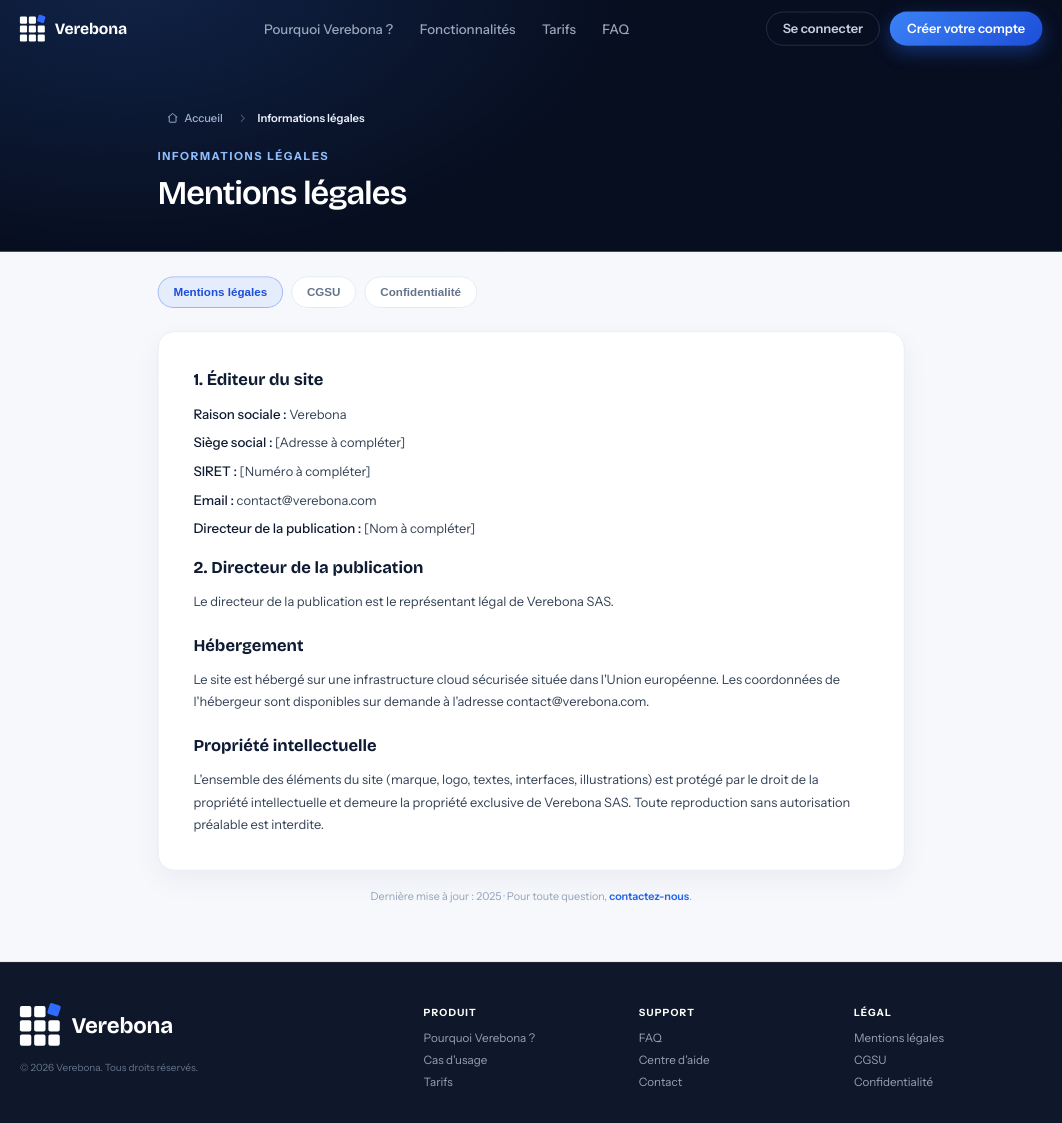
Repository: AdminVerebona/verebona-public
Page: /mentions-legales
These files come from the project's save history. The page is drawn as it stood at one moment and after the next save; the edit follows.
The browser window is 1280 px wide. The pictures show the whole page, at 83% of full size.
The project was rebuilt for these pictures with package versions that can differ from the ones it lists, and the page was loaded fresh each time. Also part of the build but not shown: next.config.mjs, vite.config.js, vite.config.ts, src/composables/useLanding.ts, src/sections/HeroSection.vue, src/sections/WhySection.vue, src/sections/UseCasesSection.vue, src/sections/FeaturesSection.vue and 6 more.

Above is the page before, as saved 2026-07-10 15:11:41.

### index.html
<!doctype html>
<html lang="fr">
  <head>
    <meta charset="UTF-8" />
    <meta name="viewport" content="width=device-width, initial-scale=1.0" />
    <title>Verebona — Centralisez, organisez, valorisez vos biens</title>
    <meta
      name="description"
      content="Verebona centralise vos biens, documents et échéances pour les retrouver facilement, anticiper les dates importantes et valoriser vos biens le moment venu."
    />
  </head>
  <body>
    <div id="app"></div>
    <script type="module" src="/src/main.ts"></script>
  </body>
</html>

### src/main.ts
import { createApp } from 'vue'
import App from './App.vue'
import router from './router'
import { vHover } from './directives/hover'
import './style.css'

createApp(App)
  .use(router)
  .directive('hover', vHover)
  .mount('#app')

### src/App.vue
<template>
  <div style="background:#070E20;color:#EAF0FB;overflow-x:hidden;min-height:100vh">
    <AppHeader />
    <router-view />
    <AppFooter />
  </div>
</template>

<script setup lang="ts">
import { onMounted, watch, nextTick } from 'vue'
import { useRoute } from 'vue-router'
import AppHeader from './components/AppHeader.vue'
import AppFooter from './components/AppFooter.vue'
import { useScrollReveal } from './composables/useScrollReveal'

const route = useRoute()
const { scan } = useScrollReveal()

onMounted(() => { scan() })

// Re-scan reveal targets whenever the route (page) changes.
watch(
  () => route.fullPath,
  () => { nextTick(() => setTimeout(scan, 60)) },
)
</script>

### src/router/index.ts
import { createRouter, createWebHistory } from 'vue-router'
import HomeView from '../views/HomeView.vue'

const routes = [
  { path: '/', name: 'home', component: HomeView },
  { path: '/aide', name: 'help', component: () => import('../views/HelpView.vue') },
  { path: '/contact', name: 'contact', component: () => import('../views/ContactView.vue') },
  { path: '/mentions-legales', name: 'legal-mentions', component: () => import('../views/LegalView.vue') },
  { path: '/cgu', name: 'legal-cgu', component: () => import('../views/LegalView.vue') },
  { path: '/confidentialite', name: 'legal-confid', component: () => import('../views/LegalView.vue') },
  { path: '/:pathMatch(.*)*', name: 'not-found', component: () => import('../views/NotFoundView.vue') },
]

const router = createRouter({
  history: createWebHistory(),
  routes,
  scrollBehavior(to) {
    if (to.hash) return { el: to.hash, behavior: 'smooth' }
    return { top: 0 }
  },
})

export default router

### src/directives/hover.ts
import type { Directive } from 'vue'

/**
 * v-hover — applies a set of inline styles while the pointer is over the
 * element, and restores the previous values on leave. Reproduces the
 * `style-hover` behaviour of the design prototype.
 *
 * Usage:  <a v-hover="{ color: '#fff', transform: 'translateY(-1px)' }">
 */
type HoverStyles = Record<string, string>

interface HoverEl extends HTMLElement {
  __hoverEnter?: () => void
  __hoverLeave?: () => void
}

export const vHover: Directive<HoverEl, HoverStyles> = {
  mounted(el, binding) {
    const styles = binding.value || {}
    const original: HoverStyles = {}

    const enter = () => {
      for (const key in styles) {
        original[key] = (el.style as any)[key]
        ;(el.style as any)[key] = styles[key]
      }
    }
    const leave = () => {
      for (const key in styles) {
        ;(el.style as any)[key] = original[key] || ''
      }
    }

    el.__hoverEnter = enter
    el.__hoverLeave = leave
    el.addEventListener('mouseenter', enter)
    el.addEventListener('mouseleave', leave)
  },
  unmounted(el) {
    if (el.__hoverEnter) el.removeEventListener('mouseenter', el.__hoverEnter)
    if (el.__hoverLeave) el.removeEventListener('mouseleave', el.__hoverLeave)
  },
}

### src/style.css
/* ============================================================
   Verebona — global styles
   Fonts, resets, scroll-reveal animation, responsive rules.
   All component-level styling is inline in the .vue templates
   (ported 1:1 from the validated design prototype).
   ============================================================ */

@import url('https://fonts.googleapis.com/css2?family=Bricolage+Grotesque:opsz,wght@12..96,400;12..96,500;12..96,600;12..96,700&family=Instrument+Sans:wght@400;500;600;700&family=Space+Mono:wght@400;700&display=swap');

* { box-sizing: border-box; }
html, body { margin: 0; padding: 0; }
body {
  font-family: 'Instrument Sans', system-ui, sans-serif;
  -webkit-font-smoothing: antialiased;
  background: #070E20;
}
h1, h2, h3, h4 { font-family: 'Bricolage Grotesque', sans-serif; margin: 0; }
p { margin: 0; }
a { text-decoration: none; color: inherit; }
a:hover { color: inherit; }

@keyframes vb-float { 0%, 100% { transform: translateY(0); } 50% { transform: translateY(-14px); } }
@keyframes vb-float-s { 0%, 100% { transform: translateY(0); } 50% { transform: translateY(-9px); } }
@keyframes vb-marquee { 0% { transform: translateX(0); } 100% { transform: translateX(-50%); } }

section[id] { scroll-margin-top: 82px; }

/* Scroll reveal */
.vb-reveal,
.vb-rgroup > * {
  transition: opacity .8s cubic-bezier(.16, 1, .3, 1), transform .8s cubic-bezier(.16, 1, .3, 1);
  will-change: opacity, transform;
}
.vb-anim .vb-reveal,
.vb-anim .vb-rgroup > * { opacity: 0; transform: translateY(40px) scale(.985); }
.vb-reveal.vb-in,
.vb-rgroup > .vb-in { opacity: 1 !important; transform: none !important; }
@media (prefers-reduced-motion: reduce) {
  .vb-reveal,
  .vb-rgroup > * { opacity: 1 !important; transform: none !important; transition: none !important; }
}

/* Responsive */
.r-burger, .r-mobile-menu { display: none; }
@media (max-width: 860px) {
  h1 { font-size: 37px !important; line-height: 1.08 !important; }
  h2 { font-size: 26px !important; line-height: 1.22 !important; }
  .r-nav, .r-hide-m, .r-dots, .r-browser { display: none !important; }
  .r-burger { display: inline-flex !important; }
  .r-mobile-menu { display: flex !important; }
  .r-hero, .r-2, .r-2b, .r-3, .r-4, .r-cta { grid-template-columns: 1fr !important; }
  .r-contact { grid-template-columns: 1fr !important; }
  .r-footer { grid-template-columns: 1fr 1fr !important; gap: 24px !important; }
  .r-mock { flex-direction: column !important; align-items: center !important; gap: 0 !important; }
  .r-uc { flex-direction: column !important; }
  .r-uc-panel { min-width: 0 !important; padding: 22px 20px !important; }
  .r-2 { grid-template-columns: 1fr !important; }
  .r-tri { grid-template-columns: 1fr !important; }
}

### src/composables/useScrollReveal.ts
/**
 * Scroll-reveal: adds `.vb-in` to `.vb-reveal` / `.vb-rgroup` elements as they
 * enter the viewport (staggering the children of a group). Ported from the
 * prototype's IntersectionObserver logic. Honours prefers-reduced-motion and
 * has a safety timeout so content is never left hidden.
 */
let io: IntersectionObserver | null = null

const reduce =
  typeof window !== 'undefined' &&
  !!window.matchMedia &&
  window.matchMedia('(prefers-reduced-motion: reduce)').matches

if (!reduce && typeof document !== 'undefined') {
  document.documentElement.classList.add('vb-anim')
}

function revealAll() {
  document.querySelectorAll('.vb-reveal').forEach((e) => e.classList.add('vb-in'))
  document.querySelectorAll('.vb-rgroup > *').forEach((e) => e.classList.add('vb-in'))
}

function ensureObserver() {
  if (io || reduce || typeof window === 'undefined' || !('IntersectionObserver' in window)) return
  io = new IntersectionObserver(
    (entries) => {
      entries.forEach((entry) => {
        if (!entry.isIntersecting) return
        const el = entry.target as HTMLElement
        io!.unobserve(el)
        if (el.classList.contains('vb-rgroup')) {
          Array.from(el.children).forEach((c, i) => {
            ;(c as HTMLElement).style.transitionDelay = i * 90 + 'ms'
            c.classList.add('vb-in')
          })
        } else {
          el.classList.add('vb-in')
        }
      })
    },
    { threshold: 0.12, rootMargin: '0px 0px -8% 0px' },
  )
}

export function useScrollReveal() {
  function scan() {
    if (reduce || typeof window === 'undefined' || !('IntersectionObserver' in window)) {
      revealAll()
      return
    }
    ensureObserver()
    document.querySelectorAll('.vb-reveal, .vb-rgroup').forEach((el) => io!.observe(el))
    // Safety net: never leave content hidden.
    window.setTimeout(revealAll, 2200)
  }
  return { scan }
}

### src/views/LegalView.vue
<template>
<section style="position:relative;padding:128px 24px 48px;overflow:hidden;background:radial-gradient(1000px 560px at 12% -10%,rgba(59,130,246,.18),transparent 60%),#070E20">
  <div style="position:absolute;inset:0;background-image:radial-gradient(rgba(148,163,184,.09) 1px,transparent 1px);background-size:34px 34px;-webkit-mask-image:linear-gradient(to bottom,#000,transparent 85%);mask-image:linear-gradient(to bottom,#000,transparent 85%);pointer-events:none"></div>
  <div style="max-width:900px;margin:0 auto;position:relative">
    <nav aria-label="Fil d'Ariane" style="margin-bottom:24px"><ol style="display:flex;align-items:center;gap:6px;list-style:none;margin:0;padding:0;font-size:13.5px"><li style="display:flex;align-items:center"><a href="#" @click.prevent="goHome" style="display:inline-flex;align-items:center;gap:7px;color:#9FB4D8;font-weight:500;padding:6px 11px;border-radius:9px;cursor:pointer;transition:color .15s,background .15s" v-hover="{color:'#fff',background:'rgba(255,255,255,.06)'}"><svg width="14" height="14" viewBox="0 0 24 24" fill="none" stroke="currentColor" stroke-width="1.9" stroke-linecap="round" stroke-linejoin="round"><path d="M3 10.5 12 3l9 7.5"/><path d="M5 9.5V20a1 1 0 0 0 1 1h12a1 1 0 0 0 1-1V9.5"/></svg>Accueil</a></li><li aria-hidden="true" style="display:flex;color:#42557A"><svg width="15" height="15" viewBox="0 0 24 24" fill="none" stroke="currentColor" stroke-width="2" stroke-linecap="round" stroke-linejoin="round"><path d="M9 6l6 6-6 6"/></svg></li><li aria-current="page" style="color:#EAF0FB;font-weight:600;padding:6px 4px">{{ crumbLabel }}</li></ol></nav>
    <div style="font-size:13.5px;letter-spacing:.15em;text-transform:uppercase;font-weight:800;color:#8FBEFF;margin-bottom:16px">Informations légales</div>
    <h1 style="font-size:40px;line-height:1.08;font-weight:600;letter-spacing:-.025em;color:#fff">{{ legalTitle }}</h1>
  </div>
</section>
<section style="background:#F6F8FC;padding:30px 24px 72px">
  <div style="max-width:900px;margin:0 auto">
    <div style="display:flex;flex-wrap:wrap;gap:10px;margin-bottom:28px">
      <button type="button" :style="legalMentionsStyle" @click.prevent="goMentions">Mentions légales</button>
      <button type="button" :style="legalCGUStyle" @click.prevent="goCGU">CGSU</button>
      <button type="button" :style="legalConfidStyle" @click.prevent="goConfid">Confidentialité</button>
    </div>
    <div style="background:#fff;border:1px solid #E6EBF3;border-radius:20px;padding:40px 42px;box-shadow:0 12px 34px rgba(15,27,51,.05)">
      <template v-if="isMentions">
        <div style="font-size:15.5px;line-height:1.75;color:#334155">
          <h2 style="font-size:20px;font-weight:700;color:#0F1B33;font-family:'Bricolage Grotesque',sans-serif;margin:0 0 10px">1. Éditeur du site</h2>
          <p style="margin:0 0 6px"><span style="font-size:16px;font-weight:500;color:#0F1B33">Raison sociale :</span> Verebona</p>
          <p style="margin:0 0 6px"><span style="font-size:16px;font-weight:500;color:#0F1B33">Siège social :</span> [Adresse à compléter]</p>
          <p style="margin:0 0 6px"><span style="font-size:16px;font-weight:500;color:#0F1B33">SIRET :</span> [Numéro à compléter]</p>
          <p style="margin:0 0 6px"><span style="font-size:16px;font-weight:500;color:#0F1B33">Email :</span> contact@verebona.com</p>
          <p style="margin:0 0 16px"><span style="font-size:16px;font-weight:500;color:#0F1B33">Directeur de la publication :</span> [Nom à compléter]</p>
          <h2 style="font-size:20px;font-weight:700;color:#0F1B33;font-family:'Bricolage Grotesque',sans-serif;margin:0 0 10px">2. Directeur de la publication</h2>
          <p style="margin:0 0 22px">Le directeur de la publication est le représentant légal de Verebona SAS.</p>
          <h2 style="font-size:20px;font-weight:700;color:#0F1B33;font-family:'Bricolage Grotesque',sans-serif;margin:0 0 10px">Hébergement</h2>
          <p style="margin:0 0 22px">Le site est hébergé sur une infrastructure cloud sécurisée située dans l'Union européenne. Les coordonnées de l'hébergeur sont disponibles sur demande à l'adresse contact@verebona.com.</p>
          <h2 style="font-size:20px;font-weight:700;color:#0F1B33;font-family:'Bricolage Grotesque',sans-serif;margin:0 0 10px">Propriété intellectuelle</h2>
          <p style="margin:0">L'ensemble des éléments du site (marque, logo, textes, interfaces, illustrations) est protégé par le droit de la propriété intellectuelle et demeure la propriété exclusive de Verebona SAS. Toute reproduction sans autorisation préalable est interdite.</p>
        </div>
      </template>
      <template v-if="isCGU">
        <div style="font-size:15.5px;line-height:1.75;color:#334155">
          <h2 style="font-size:20px;font-weight:700;color:#0F1B33;font-family:'Bricolage Grotesque',sans-serif;margin:0 0 10px">1. Objet</h2>
          <p style="margin:0 0 22px">Les présentes conditions générales de service et d'utilisation (CGSU) définissent les modalités d'accès et d'utilisation de la plateforme Verebona, service de centralisation et d'organisation documentaire du patrimoine.</p>
          <h2 style="font-size:20px;font-weight:700;color:#0F1B33;font-family:'Bricolage Grotesque',sans-serif;margin:0 0 10px">2. Compte et abonnement</h2>
          <p style="margin:0 0 22px">L'accès au service nécessite la création d'un compte et la souscription d'une offre. L'utilisateur s'engage à fournir des informations exactes et à préserver la confidentialité de ses identifiants.</p>
          <h2 style="font-size:20px;font-weight:700;color:#0F1B33;font-family:'Bricolage Grotesque',sans-serif;margin:0 0 10px">3. Nature du service</h2>
          <p style="margin:0 0 22px">Verebona est une plateforme d'organisation. Les documents importés ne sont ni certifiés, ni validés, ni garantis juridiquement. L'utilisateur reste seul responsable de l'exactitude des informations qu'il enregistre.</p>
          <h2 style="font-size:20px;font-weight:700;color:#0F1B33;font-family:'Bricolage Grotesque',sans-serif;margin:0 0 10px">4. Responsabilités</h2>
          <p style="margin:0 0 22px">Verebona met en œuvre les moyens raisonnables pour assurer la disponibilité et la sécurité du service, sans obligation de résultat concernant une disponibilité ininterrompue.</p>
          <h2 style="font-size:20px;font-weight:700;color:#0F1B33;font-family:'Bricolage Grotesque',sans-serif;margin:0 0 10px">5. Résiliation</h2>
          <p style="margin:0">L'utilisateur peut résilier son abonnement à tout moment. Des modalités de récupération des données sont prévues afin d'éviter tout verrouillage à la fin du contrat.</p>
        </div>
      </template>
      <template v-if="isConfid">
        <div style="font-size:15.5px;line-height:1.75;color:#334155">
          <h2 style="font-size:20px;font-weight:700;color:#0F1B33;font-family:'Bricolage Grotesque',sans-serif;margin:0 0 10px">Données collectées</h2>
          <p style="margin:0 0 22px">Verebona collecte les données nécessaires au fonctionnement du service : informations de compte, contenus importés (fiches de biens, documents) et données d'usage strictement utiles à l'amélioration du service.</p>
          <h2 style="font-size:20px;font-weight:700;color:#0F1B33;font-family:'Bricolage Grotesque',sans-serif;margin:0 0 10px">Finalités</h2>
          <p style="margin:0 0 22px">Les données sont traitées pour fournir le service, assurer la sécurité, et répondre aux obligations légales. Elles ne sont jamais cédées à des tiers à des fins commerciales.</p>
          <h2 style="font-size:20px;font-weight:700;color:#0F1B33;font-family:'Bricolage Grotesque',sans-serif;margin:0 0 10px">Sécurité</h2>
          <p style="margin:0 0 22px">Vos données sont chiffrées lors du stockage et des échanges, et hébergées sur une infrastructure sécurisée au sein de l'Union européenne.</p>
          <h2 style="font-size:20px;font-weight:700;color:#0F1B33;font-family:'Bricolage Grotesque',sans-serif;margin:0 0 10px">Vos droits</h2>
          <p style="margin:0">Conformément au RGPD, vous disposez d'un droit d'accès, de rectification, de portabilité et de suppression de vos données. Pour exercer ces droits, écrivez à contact@verebona.com.</p>
        </div>
      </template>
    </div>
    <p style="font-size:13px;color:#94A3B8;margin-top:22px;text-align:center">Dernière mise à jour : 2025 · Pour toute question, <a href="#" @click.prevent="goContact" style="color:#2563EB;font-weight:600">contactez-nous</a>.</p>
  </div>
</section>
</template>

<script setup lang="ts">
import { useLegal } from '../composables/useLegal'
import { useNav } from '../composables/useNav'
const { isMentions, isCGU, isConfid, legalTitle, legalMentionsStyle, legalCGUStyle, legalConfidStyle, crumbLabel } = useLegal()
const { goHome, goContact, goMentions, goCGU, goConfid } = useNav()
</script>

### src/composables/useNav.ts
import { ref, computed, nextTick } from 'vue'
import { useRouter, useRoute } from 'vue-router'

// Shared across header + footer + mobile menu.
const menuOpen = ref(false)

/**
 * useNav — header/footer navigation. Page links use vue-router; the four
 * in-page section links (Pourquoi / Fonctionnalités / Tarifs / FAQ) route to
 * home first if needed, then smooth-scroll to the anchor.
 */
export function useNav() {
  const router = useRouter()
  const route = useRoute()

  const toggleMenu = () => { menuOpen.value = !menuOpen.value }
  const closeMenu = () => { menuOpen.value = false }

  function scrollToId(id: string) {
    const el = document.getElementById(id)
    if (el && el.scrollIntoView) {
      try { el.scrollIntoView({ behavior: 'smooth', block: 'start' }) } catch { /* noop */ }
    }
  }
  function goToAnchor(id: string) {
    closeMenu()
    if (route.path !== '/') {
      router.push('/').then(() => nextTick(() => setTimeout(() => scrollToId(id), 80)))
    } else {
      scrollToId(id)
    }
  }

  const goHome = () => { closeMenu(); router.push('/') }
  const goAide = () => { closeMenu(); router.push('/aide') }
  const goContact = () => { closeMenu(); router.push('/contact') }
  const goMentions = () => { closeMenu(); router.push('/mentions-legales') }
  const goCGU = () => { closeMenu(); router.push('/cgu') }
  const goConfid = () => { closeMenu(); router.push('/confidentialite') }

  const navPourquoi = () => goToAnchor('pourquoi')
  const navFeatures = () => goToAnchor('features')
  const navPricing = () => goToAnchor('pricing')
  const navFaq = () => goToAnchor('faq')
  const navCasUsage = () => goToAnchor('cas-usage')

  const burgerBase = 'display:block;width:20px;height:2px;border-radius:2px;background:#fff;transition:transform .25s,opacity .25s;'
  const burgerTop = computed(() => burgerBase + 'transform:' + (menuOpen.value ? 'translateY(6px) rotate(45deg)' : 'none'))
  const burgerMid = computed(() => burgerBase + 'opacity:' + (menuOpen.value ? '0' : '1'))
  const burgerBot = computed(() => burgerBase + 'transform:' + (menuOpen.value ? 'translateY(-6px) rotate(-45deg)' : 'none'))

  return {
    menuOpen, toggleMenu, closeMenu,
    goHome, goAide, goContact, goMentions, goCGU, goConfid,
    navPourquoi, navFeatures, navPricing, navFaq, navCasUsage,
    burgerTop, burgerMid, burgerBot,
  }
}

### src/composables/useLegal.ts
import { computed } from 'vue'
import { useRoute } from 'vue-router'

/**
 * Legal page — a single view with three tabs (mentions / cgu / confid),
 * each mapped to its own route so they are independently linkable & indexable:
 *   /mentions-legales   /cgu   /confidentialite
 */
export function useLegal() {
  const route = useRoute()

  const tab = computed<'mentions' | 'cgu' | 'confid'>(() => {
    if (route.path.includes('cgu')) return 'cgu'
    if (route.path.includes('confidentialite')) return 'confid'
    return 'mentions'
  })

  const isMentions = computed(() => tab.value === 'mentions')
  const isCGU = computed(() => tab.value === 'cgu')
  const isConfid = computed(() => tab.value === 'confid')

  const legalTitle = computed(() =>
    tab.value === 'cgu'
      ? "Conditions générales de service et d'utilisation"
      : tab.value === 'confid'
        ? 'Politique de confidentialité'
        : 'Mentions légales',
  )

  const tabStyle = (a: boolean) =>
    `padding:10px 18px;border-radius:999px;font-size:14px;font-weight:600;cursor:pointer;border:1px solid ${a ? 'rgba(37,99,235,.4)' : '#E2E8F0'};background:${a ? 'rgba(37,99,235,.08)' : '#fff'};color:${a ? '#1D4ED8' : '#64748B'};transition:all .15s`

  const legalMentionsStyle = computed(() => tabStyle(isMentions.value))
  const legalCGUStyle = computed(() => tabStyle(isCGU.value))
  const legalConfidStyle = computed(() => tabStyle(isConfid.value))

  return {
    isMentions, isCGU, isConfid, legalTitle,
    legalMentionsStyle, legalCGUStyle, legalConfidStyle,
    crumbLabel: 'Informations légales',
  }
}

Loaded but not shown: src/components/AppHeader.vue (68 lines, source omitted); src/components/AppFooter.vue (21 lines, source omitted)

After the next save:
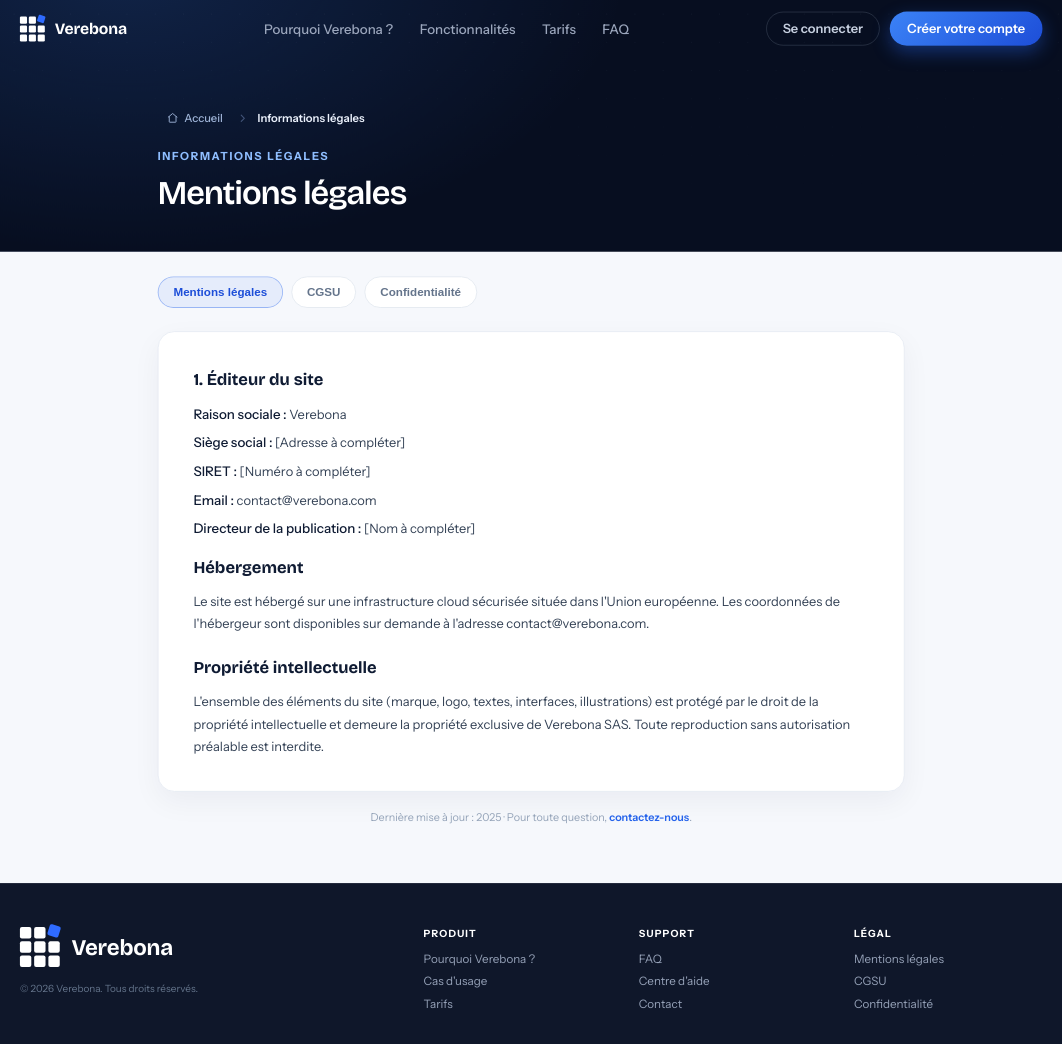
Saved 26 s later.
--- a/src/views/LegalView.vue
+++ b/src/views/LegalView.vue
@@ -23,8 +23,6 @@
           <p style="margin:0 0 6px"><span style="font-size:16px;font-weight:500;color:#0F1B33">SIRET :</span> [Numéro à compléter]</p>
           <p style="margin:0 0 6px"><span style="font-size:16px;font-weight:500;color:#0F1B33">Email :</span> contact@verebona.com</p>
           <p style="margin:0 0 16px"><span style="font-size:16px;font-weight:500;color:#0F1B33">Directeur de la publication :</span> [Nom à compléter]</p>
-          <h2 style="font-size:20px;font-weight:700;color:#0F1B33;font-family:'Bricolage Grotesque',sans-serif;margin:0 0 10px">2. Directeur de la publication</h2>
-          <p style="margin:0 0 22px">Le directeur de la publication est le représentant légal de Verebona SAS.</p>
           <h2 style="font-size:20px;font-weight:700;color:#0F1B33;font-family:'Bricolage Grotesque',sans-serif;margin:0 0 10px">Hébergement</h2>
           <p style="margin:0 0 22px">Le site est hébergé sur une infrastructure cloud sécurisée située dans l'Union européenne. Les coordonnées de l'hébergeur sont disponibles sur demande à l'adresse contact@verebona.com.</p>
           <h2 style="font-size:20px;font-weight:700;color:#0F1B33;font-family:'Bricolage Grotesque',sans-serif;margin:0 0 10px">Propriété intellectuelle</h2>
